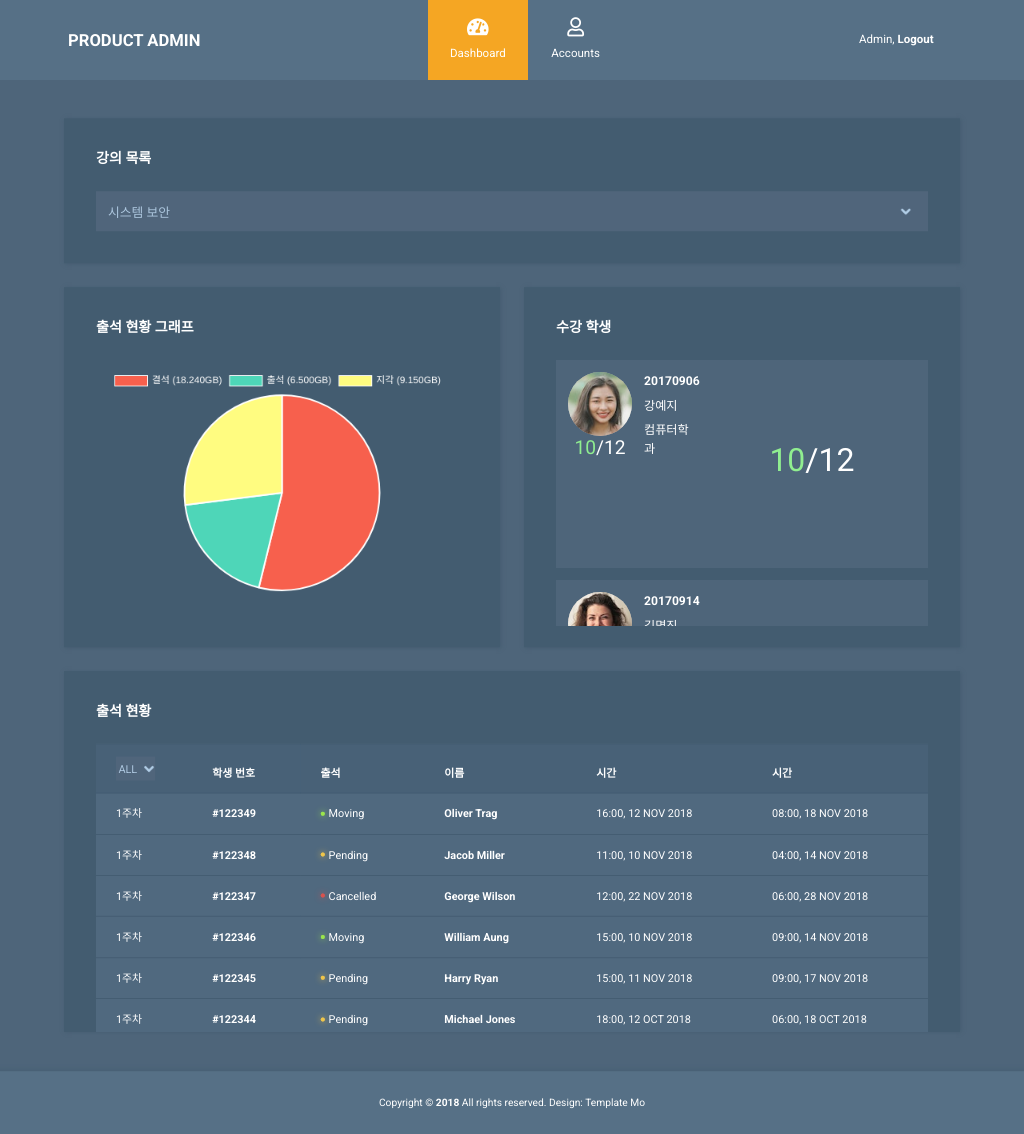
Repository: YJ-S2/2019-FaceAPI
Page: test1-master/web/123/WebContent/web1.html
The author's editor kept a copy of each file at every save. The page is drawn from the files as they stood at one save, then again after the next save.
The browser window is 1280 px wide. The pictures show the whole page, at 80% of full size.
An inner scrolling area shows only its first screen.

Above is the page before, as saved 2019-08-11 15:04:30.

### test1-master/web/123/WebContent/web1.html
<!DOCTYPE html>
<html lang="en">

<head>
    <meta charset="UTF-8">
    <meta name="viewport" content="width=device-width, initial-scale=1.0">
    <meta http-equiv="X-UA-Compatible" content="ie=edge">
    <title>Product Admin - Dashboard HTML Template</title>
    <link rel="icon" type="image/png" href="img/logo1.png"/>

    <link rel="stylesheet" href="https://fonts.googleapis.com/css?family=Roboto:400,700">
    <!-- https://fonts.google.com/specimen/Roboto -->
    <link rel="stylesheet" href="css/fontawesome.min.css">
    <!-- https://fontawesome.com/ -->
    <link rel="stylesheet" href="css/bootstrap.min.css">
    <!-- https://getbootstrap.com/ -->
    <link rel="stylesheet" href="css/templatemo-style.css">
    <!--
	Product Admin CSS Template
	https://templatemo.com/tm-524-product-admin
	-->
	<style>
	.custom-select30 {
	  width: 70%;
	  border: none;
	  color: #acc6de;
	  height: 30px;
	  -webkit-appearance: none;
	  -moz-appearance: none;
	  -ms-appearance: none;
	  -o-appearance: none;
	  appearance: none;
	  -webkit-border-radius: 0;
	  -moz-border-radius: 0;
	  -ms-border-radius: 0;
	  -o-border-radius: 0;
	  border-radius: 0;
	  padding: 3px;
	  background: url(../img/arrow-down.png) 98% no-repeat #50657b;
	}
	.left-mj{
		 margin: 0 0 0 auto;
	}
	.c_red{
		color:red;
	}
	.c_green{
		color:lightgreen;
	}
	.logo {
  width: 25%;
  height: 100%;
  display: -webkit-box;
  display: -webkit-flex;
  display: -moz-box;
  display: -ms-flexbox;
  display: flex;
  justify-content: flex-start;
  align-items: center;
}

.logo img {
  max-width: 100%;
  max-height: 50%;
}
.logo{display: none;}
	.percen{
		align:center;
		padding:20%;
	}
	</style>
</head>

<body id="reportsPage">
    <div class="" id="home">
        <nav class="navbar navbar-expand-xl">
            <div class="container h-100">
                <a class="navbar-brand" href="index.html">
                	<h1 class="tm-site-title mb-0">Product Admin</h1>
                	<!-- <img src="img/logo_2.png" alt="" class="">-->
                </a>
                <button class="navbar-toggler ml-auto mr-0" type="button" data-toggle="collapse" data-target="#navbarSupportedContent"
                    aria-controls="navbarSupportedContent" aria-expanded="false" aria-label="Toggle navigation">
                    <i class="fas fa-bars tm-nav-icon"></i>
                </button>

                <div class="collapse navbar-collapse" id="navbarSupportedContent">
                    <ul class="navbar-nav mx-auto h-100">
                        <li class="nav-item">
                            <a class="nav-link active" href="#">
                                <i class="fas fa-tachometer-alt"></i>
                                Dashboard
                                <span class="sr-only">(current)</span>
                            </a>
                        </li>

                        <li class="nav-item">
                            <a class="nav-link" href="http://localhost:9089/123/accounts.html">
                                <i class="far fa-user"></i>
                                Accounts
                            </a>
                        </li>
                    </ul>
                    <ul class="navbar-nav">
                        <li class="nav-item">
                            <a class="nav-link d-block" href="login.html">
                                Admin, <b>Logout</b>
                            </a>
                        </li>
                    </ul>
                </div>
            </div>

        </nav>
        <div class="container mt-5">
            <div class="row tm-content-row">
		          <div class="col-12 tm-block-col">
		            <div class="tm-bg-primary-dark tm-block tm-block-h-auto">
		              <h2 class="tm-block-title">강의 목록</h2>
		              <select class="custom-select">
		                <option value="0">시스템 보안</option>
		                <option value="1">모바일 소프트웨어</option>
		                <option value="2">시스템 프로그래밍</option>
		                <option value="3">데이터베이스 개론</option>
		                <option value="4">컴퓨터 구조</option>
		              </select>
		            </div>
		          </div>
		        </div>
            <!-- row -->
            <div class="row tm-content-row">



                <div class="col-sm-12 col-md-12 col-lg-6 col-xl-6 tm-block-col">
                    <div class="tm-bg-primary-dark tm-block tm-block-taller">
                        <h2 class="tm-block-title">출석 현황 그래프</h2>
                        <div id="pieChartContainer">
                            <canvas id="pieChart" class="chartjs-render-monitor" width="200" height="200"></canvas>
                        </div>
                    </div>
                </div>
                <div class="col-sm-12 col-md-12 col-lg-6 col-xl-6 tm-block-col">
                    <div class="tm-bg-primary-dark tm-block tm-block-taller tm-block-overflow">
                        <h2 class="tm-block-title">수강 학생</h2>
                        <div class="tm-notification-items">
                            <div class="media tm-notification-item">
                                <div class="tm-gray-circle">
                                	<img src="img/notification-01.jpg" alt="Avatar Image" class="rounded-circle">
                                	<div align="center">
                                		<h4><span class="c_green">10</span>/12</h4>
                                	</div>
                                </div>

	                            <div class="media-body">
	                                <p class="mb-2"><b>20170906</b></p>
	                                <p class="mb-2">강예지</p>
	                                <p class="mb-2">컴퓨터학과</p>
	                            </div>
	                            <div class="percen">
	                            	<h1><span class="c_green">10</span>/12</h1>
	                            </div>
                            </div>
                            <div class="media tm-notification-item">
                                <div class="tm-gray-circle"><img src="img/notification-02.jpg" alt="Avatar Image" class="rounded-circle">
                                <div align="center"><h4><span class="c_red">4</span>/12</h4></div></div>
                                <div class="media-body">
                                    <p class="mb-2"><b>20170914</b></p>
	                                    <p class="mb-2">김명진</p>
	                                    <p class="mb-2">컴퓨터학과</p>
                                </div>
                            </div>
                            <div class="media tm-notification-item">
                                <div class="tm-gray-circle"><img src="img/notification-03.jpg" alt="Avatar Image" class="rounded-circle"></div>
                                <div class="media-body">
                                    <p class="mb-2"><b>Victoria</b> and <b>6 others</b> sent you <a href="#"
                                            class="tm-notification-link">order updates</a>. Read order information.</p>
                                    <span class="tm-small tm-text-color-secondary">6h ago.</span>
                                </div>
                            </div>
                            <div class="media tm-notification-item">
                                <div class="tm-gray-circle"><img src="img/notification-01.jpg" alt="Avatar Image" class="rounded-circle"></div>
                                <div class="media-body">
                                    <p class="mb-2"><b>Laura Cute</b> and <b>6 others</b> sent you <a href="#"
                                            class="tm-notification-link">product records</a>.</p>
                                    <span class="tm-small tm-text-color-secondary">6h ago.</span>
                                </div>
                            </div>
                            <div class="media tm-notification-item">
                                <div class="tm-gray-circle"><img src="img/notification-02.jpg" alt="Avatar Image" class="rounded-circle"></div>
                                <div class="media-body">
                                    <p class="mb-2"><b>Samantha</b> and <b>6 others</b> sent you <a href="#"
                                            class="tm-notification-link">order stuffs</a>.</p>
                                    <span class="tm-small tm-text-color-secondary">6h ago.</span>
                                </div>
                            </div>
                            <div class="media tm-notification-item">
                                <div class="tm-gray-circle"><img src="img/notification-03.jpg" alt="Avatar Image" class="rounded-circle"></div>
                                <div class="media-body">
                                    <p class="mb-2"><b>Sophie</b> and <b>6 others</b> sent you <a href="#"
                                            class="tm-notification-link">product updates</a>.</p>
                                    <span class="tm-small tm-text-color-secondary">6h ago.</span>
                                </div>
                            </div>
                            <div class="media tm-notification-item">
                                <div class="tm-gray-circle"><img src="img/notification-01.jpg" alt="Avatar Image" class="rounded-circle"></div>
                                <div class="media-body">
                                    <p class="mb-2"><b>Lily A</b> and <b>6 others</b> sent you <a href="#"
                                            class="tm-notification-link">product updates</a>.</p>
                                    <span class="tm-small tm-text-color-secondary">6h ago.</span>
                                </div>
                            </div>
                            <div class="media tm-notification-item">
                                <div class="tm-gray-circle"><img src="img/notification-02.jpg" alt="Avatar Image" class="rounded-circle"></div>
                                <div class="media-body">
                                    <p class="mb-2"><b>Amara</b> and <b>6 others</b> sent you <a href="#"
                                            class="tm-notification-link">product updates</a>.</p>
                                    <span class="tm-small tm-text-color-secondary">6h ago.</span>
                                </div>
                            </div>
                            <div class="media tm-notification-item">
                                <div class="tm-gray-circle"><img src="img/notification-03.jpg" alt="Avatar Image" class="rounded-circle"></div>
                                <div class="media-body">
                                    <p class="mb-2"><b>Cinthela</b> and <b>6 others</b> sent you <a href="#"
                                            class="tm-notification-link">product updates</a>.</p>
                                    <span class="tm-small tm-text-color-secondary">6h ago.</span>
                                </div>
                            </div>
                        </div>
                    </div>
                </div>
                <div class="col-12 tm-block-col">
                    <div class="tm-bg-primary-dark tm-block tm-block-taller tm-block-scroll">
                    	<h2 class="tm-block-title">출석 현황</h2>



                        <table class="table">
                            <thead>
                                <tr>
                                	<th scope="col">
	                                	<select class="custom-select30">
	                                		<option value="0">ALL</option>
							                <option value="1">1 주차</option>
							                <option value="2">2 주차</option>
							                <option value="3">3 주차</option>
							                <option value="4">4 주차</option>
							           	</select>
							        </th>
                                    <th scope="col">학생 번호</th>
                                    <th scope="col">출석</th>
                                    <th scope="col">이름</th>
                                    <th scope="col">시간</th>
                                    <th scope="col">시간</th>
                                </tr>
                            </thead>
                            <tbody>
                                <tr>
                                	<td>1주차</td>
                                    <th scope="row"><b>#122349</b></th>
                                    <td>
                                        <div class="tm-status-circle moving">
                                        </div>Moving
                                    </td>
                                    <td><b>Oliver Trag</b></td>
                                    <td>16:00, 12 NOV 2018</td>
                                    <td>08:00, 18 NOV 2018</td>
                                </tr>
                                <tr>
                                	<td>1주차</td>
                                    <th scope="row"><b>#122348</b></th>
                                    <td>
                                        <div class="tm-status-circle pending">
                                        </div>Pending
                                    </td>
                                    <td><b>Jacob Miller</b></td>
                                    <td>11:00, 10 NOV 2018</td>
                                    <td>04:00, 14 NOV 2018</td>
                                </tr>
                                <tr>
                                	<td>1주차</td>
                                    <th scope="row"><b>#122347</b></th>
                                    <td>
                                        <div class="tm-status-circle cancelled">
                                        </div>Cancelled
                                    </td>
                                    <td><b>George Wilson</b></td>
                                    <td>12:00, 22 NOV 2018</td>
                                    <td>06:00, 28 NOV 2018</td>
                                </tr>
                                <tr>
                                	<td>1주차</td>
                                    <th scope="row"><b>#122346</b></th>
                                    <td>
                                        <div class="tm-status-circle moving">
                                        </div>Moving
                                    </td>
                                    <td><b>William Aung</b></td>
                                    <td>15:00, 10 NOV 2018</td>
                                    <td>09:00, 14 NOV 2018</td>
                                </tr>
                                <tr>
                                	<td>1주차</td>
                                    <th scope="row"><b>#122345</b></th>
                                    <td>
                                        <div class="tm-status-circle pending">
                                        </div>Pending
                                    </td>
                                    <td><b>Harry Ryan</b></td>
                                    <td>15:00, 11 NOV 2018</td>
                                    <td>09:00, 17 NOV 2018</td>
                                </tr>
                                <tr>
                                	<td>1주차</td>
                                    <th scope="row"><b>#122344</b></th>
                                    <td>
                                        <div class="tm-status-circle pending">
                                        </div>Pending
                                    </td>
                                    <td><b>Michael Jones</b></td>
                                    <td>18:00, 12 OCT 2018</td>
                                    <td>06:00, 18 OCT 2018</td>
                                </tr>
                                <tr>
                                	<td>1주차</td>
                                    <th scope="row"><b>#122343</b></th>
                                    <td>
                                        <div class="tm-status-circle moving">
                                        </div>Moving
                                    </td>
                                    <td><b>Timmy Davis</b></td>
                                    <td>12:00, 10 OCT 2018</td>
                                    <td>08:00, 18 OCT 2018</td>
                                </tr>
                                <tr>
                                	<td>1주차</td>
                                    <th scope="row"><b>#122342</b></th>
                                    <td>
                                        <div class="tm-status-circle moving">
                                        </div>Moving
                                    </td>
                                    <td><b>Oscar Phyo</b></td>
                                    <td>15:30, 06 OCT 2018</td>
                                    <td>09:30, 16 OCT 2018</td>
                                </tr>
                                <tr>
                                	<td>1주차</td>
                                    <th scope="row"><b>#122341</b></th>
                                    <td>
                                        <div class="tm-status-circle moving">
                                        </div>Moving
                                    </td>
                                    <td><b>Charlie Brown</b></td>
                                    <td>11:00, 10 OCT 2018</td>
                                    <td>03:00, 14 OCT 2018</td>
                                </tr>
                                <tr>
                                	<td>1주차</td>
                                    <th scope="row"><b>#122340</b></th>
                                    <td>
                                        <div class="tm-status-circle cancelled">
                                        </div>Cancelled
                                    </td>
                                    <td><b>Wilson Cookies</b></td>
                                    <td>17:30, 12 OCT 2018</td>
                                    <td>08:30, 22 OCT 2018</td>
                                </tr>
                                <tr>
                                	<td>1주차</td>
                                    <th scope="row"><b>#122339</b></th>
                                    <td>
                                        <div class="tm-status-circle moving">
                                        </div>Moving
                                    </td>
                                    <td><b>Richard Clamon</b></td>
                                    <td>15:00, 12 OCT 2018</td>
                                    <td>09:20, 26 OCT 2018</td>
                                </tr>
                            </tbody>
                        </table>
                    </div>
                </div>
            </div>
        </div>
        <footer class="tm-footer row tm-mt-small">
            <div class="col-12 font-weight-light">
                <p class="text-center text-white mb-0 px-4 small">
                    Copyright &copy; <b>2018</b> All rights reserved.

                    Design: <a rel="nofollow noopener" href="https://templatemo.com" class="tm-footer-link">Template Mo</a>
                </p>
            </div>
        </footer>
    </div>

    <script src="js/jquery-3.3.1.min.js"></script>
    <!-- https://jquery.com/download/ -->
    <script src="js/moment.min.js"></script>
    <!-- https://momentjs.com/ -->
    <script src="js/Chart.min.js"></script>
    <!-- http://www.chartjs.org/docs/latest/ -->
    <script src="js/bootstrap.min.js"></script>
    <!-- https://getbootstrap.com/ -->
    <script src="js/tooplate-scripts.js"></script>
    <script>
        Chart.defaults.global.defaultFontColor = 'white';
        let ctxPie,
            optionsPie,
            configPie,
			pieChart;
        // DOM is ready
        $(function () {
            drawPieChart(); // Pie Chart
        })
    </script>
</body>

</html>

Loaded but not shown: test1-master/web/123/WebContent/css/fontawesome.min.css (library); test1-master/web/123/WebContent/css/bootstrap.min.css (library); test1-master/web/123/WebContent/js/jquery-3.3.1.min.js (library); test1-master/web/123/WebContent/js/moment.min.js (library); test1-master/web/123/WebContent/js/Chart.min.js (library); test1-master/web/123/WebContent/js/bootstrap.min.js (library); test1-master/web/123/WebContent/js/tooplate-scripts.js (192 lines, source omitted); test1-master/web/123/WebContent/css/templatemo-style.css (709 lines, source omitted)

After the next save:
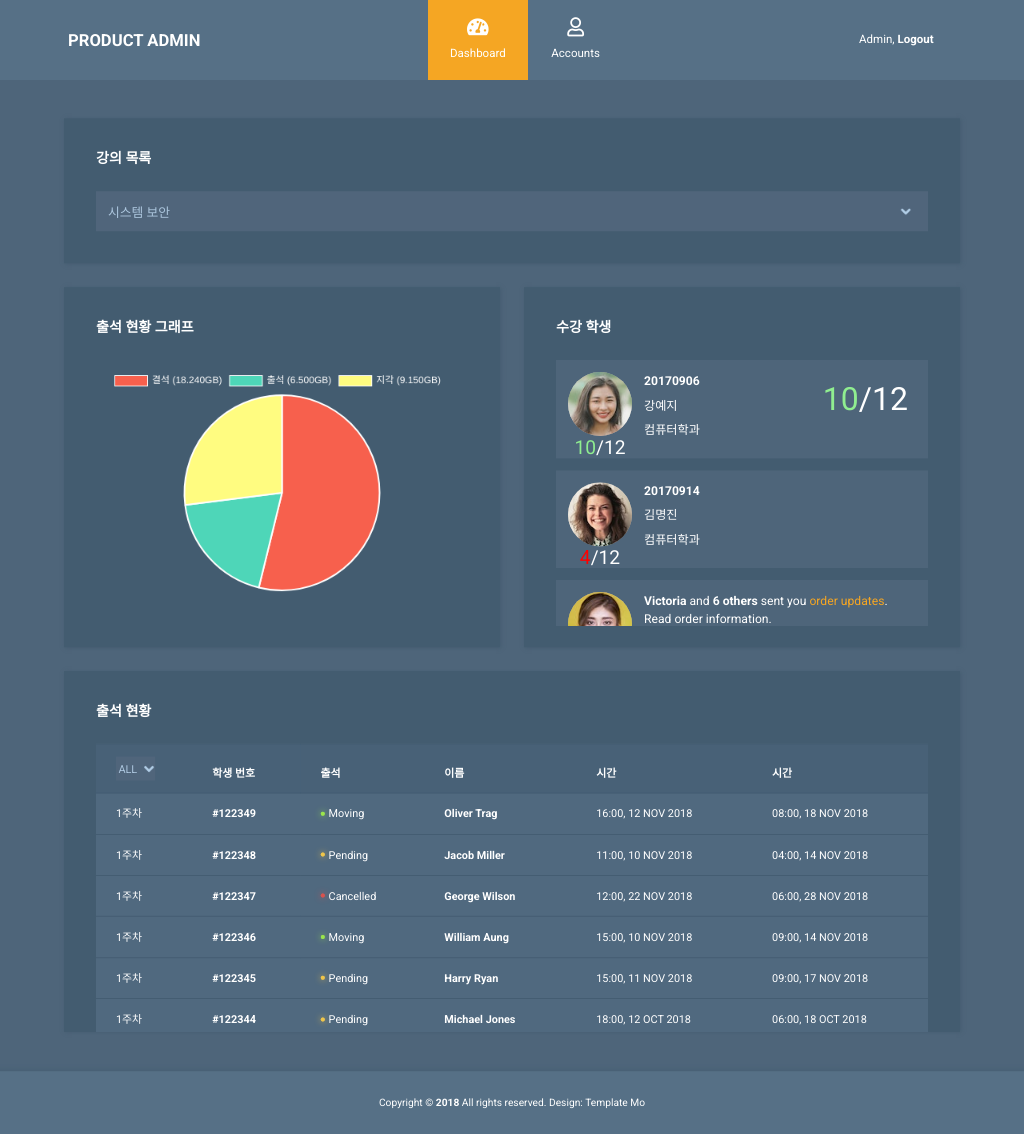
Saved 13 s later.
--- a/test1-master/web/123/WebContent/web1.html
+++ b/test1-master/web/123/WebContent/web1.html
@@ -66,7 +66,7 @@
 .logo{display: none;}
 	.percen{
 		align:center;
-		padding:20%;
+		padding:10px;
 	}
 	</style>
 </head>
